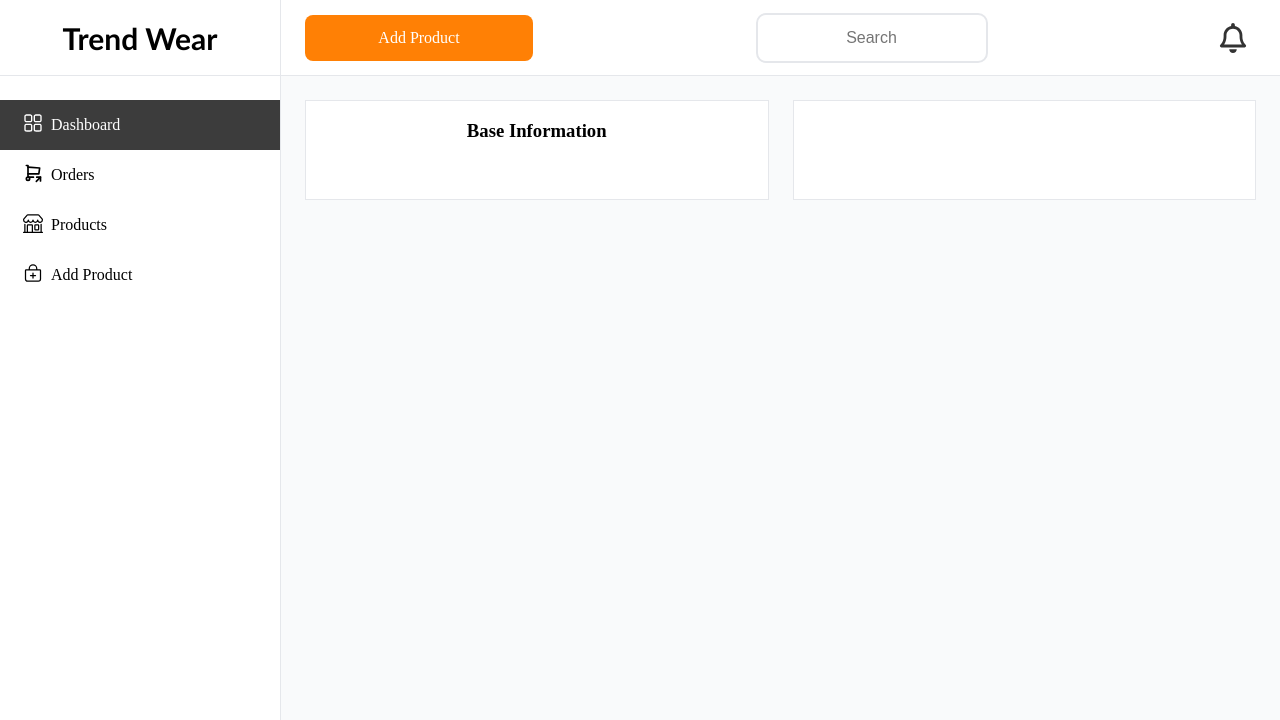
Repository: ahmad-dev7/TrendWear
Page: / (app in trend_wear_dashboard/)
These files come from the project's save history. The page is drawn as it stood at one moment and after the next save; the edit follows.
The browser window is 1280 px wide. The pictures show the whole page.
The project was rebuilt for these pictures with package versions that can differ from the ones it lists, and the page was loaded fresh each time. Also part of the build but not shown: trend_wear_dashboard/vite.config.ts.

Above is the page before, as saved 2025-01-20 00:15:50.

After the next save:
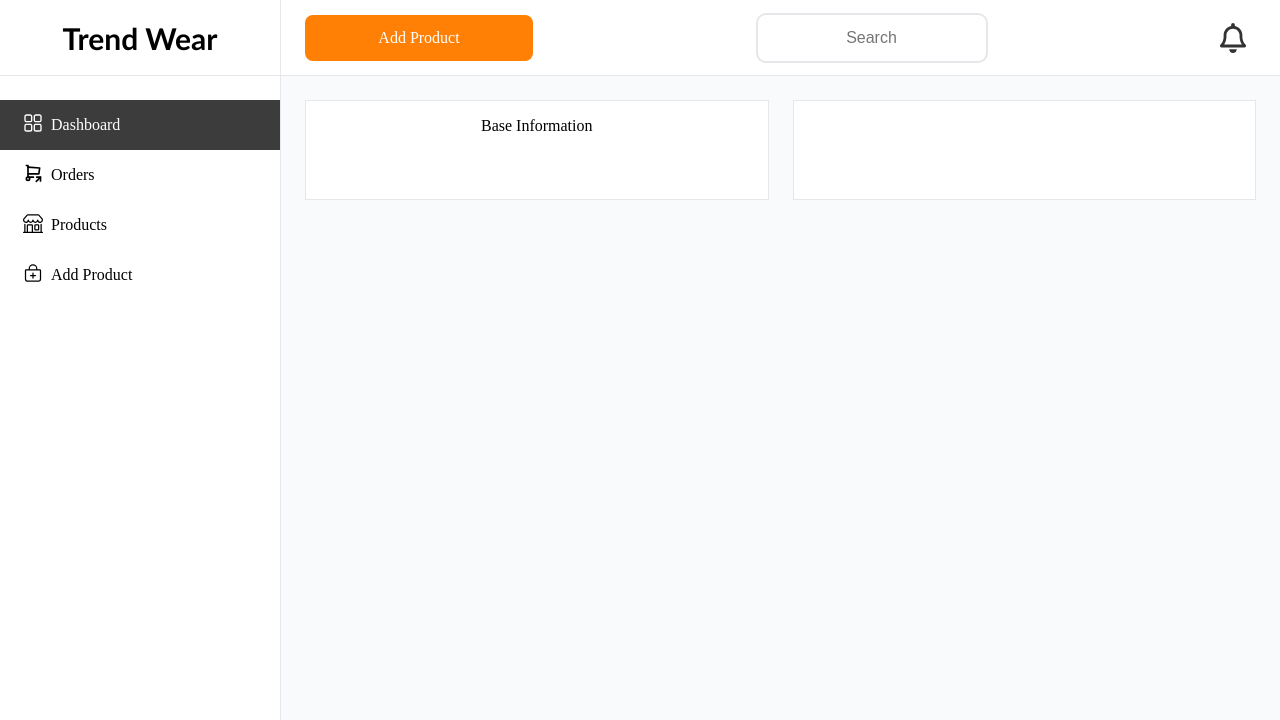
Saved 27 s later.
--- a/trend_wear_dashboard/src/Components/AddProduct/ProductDetails.tsx
+++ b/trend_wear_dashboard/src/Components/AddProduct/ProductDetails.tsx
@@ -1,7 +1,7 @@
 const ProductDetails = () => {
   return (
     <>
-      <h3>Base Information</h3>
+      <p>Base Information</p>
     </>
   );
 };
